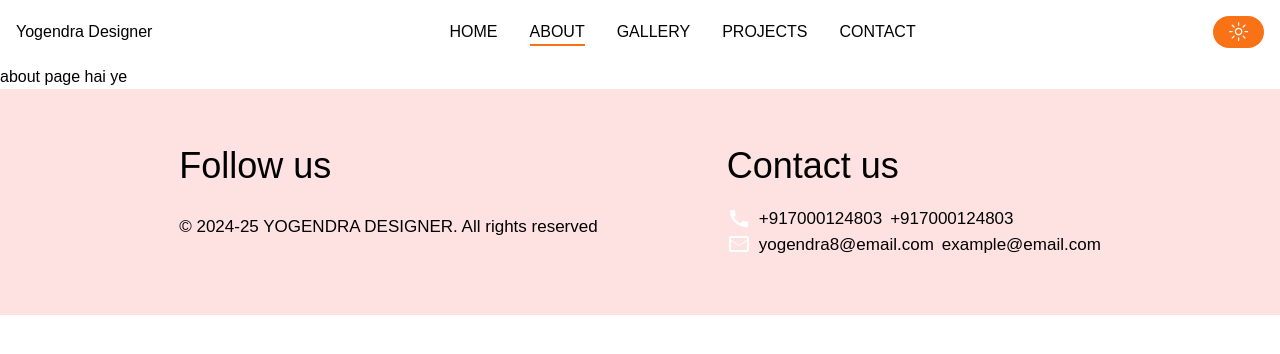
Repository: hitoutvrma/MB_designs-Interior-Designing-website
Page: /about
An editor plug-in stored every save of this project. The page is shown before and after the next save, followed by the edit.
The browser window is 1280 px wide. The pictures show the whole page.
The project was rebuilt for these pictures with package versions that can differ from the ones it lists, and the page was loaded fresh each time. The framework's server and built-in components were replaced by stand-ins that run in the browser. Also part of the build but not shown: next.config.mjs.

Above is the page before, as saved 2024-09-15 21:10:47.

After the next save:
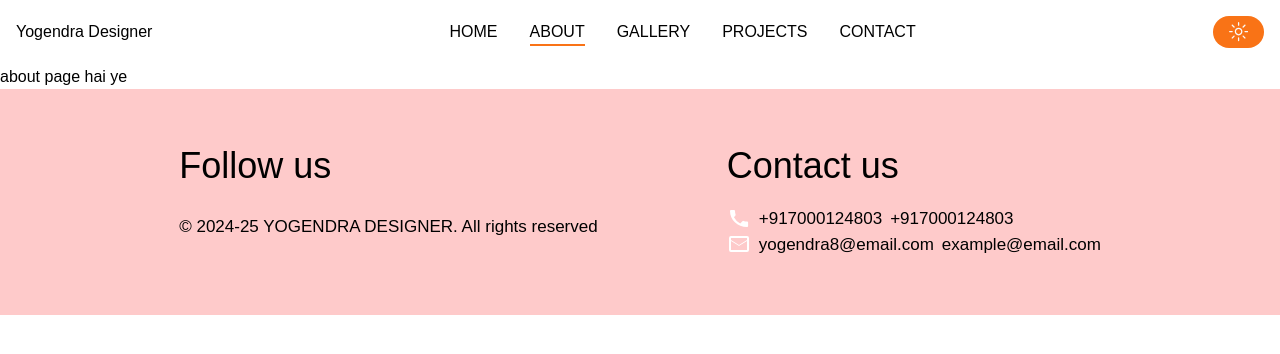
Saved 4 s later.
--- a/components/ui/Footer.jsx
+++ b/components/ui/Footer.jsx
@@ -3,7 +3,7 @@ import React from 'react'
 const Footer = () => {
   return (
 
-    <div class="flex justify-between bg-red-100 backdrop-blur-lg px-[14vw] py-[8vh] text-[17px] ">
+    <div class="flex justify-between bg-red-200 backdrop-blur-lg px-[14vw] py-[8vh] text-[17px] ">
   <div>
     <head>
     <link rel="stylesheet" href="https://cdnjs.cloudflare.com/ajax/libs/font-awesome/6.0.0-beta3/css/all.min.css"/>
